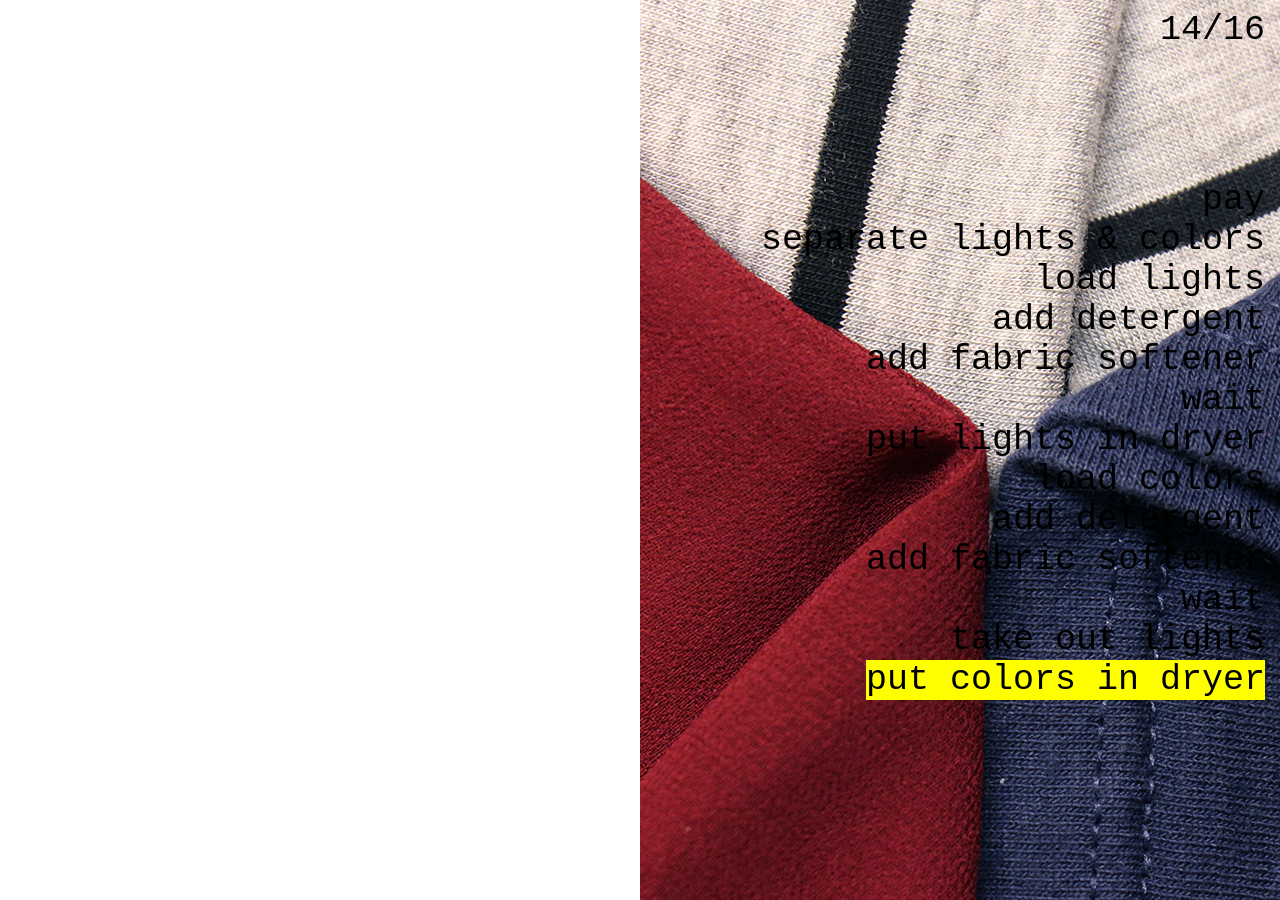
Repository: ortik455/ortik455.github.io
Page: studio/laundrysite/fourteen.html
The author's editor kept a record of every edit. The page is drawn from the files as they stood at one moment, then again after the next edit.
The browser window is 1280 px wide. The pictures show the whole page.

Above is the page before.

After the next edit:
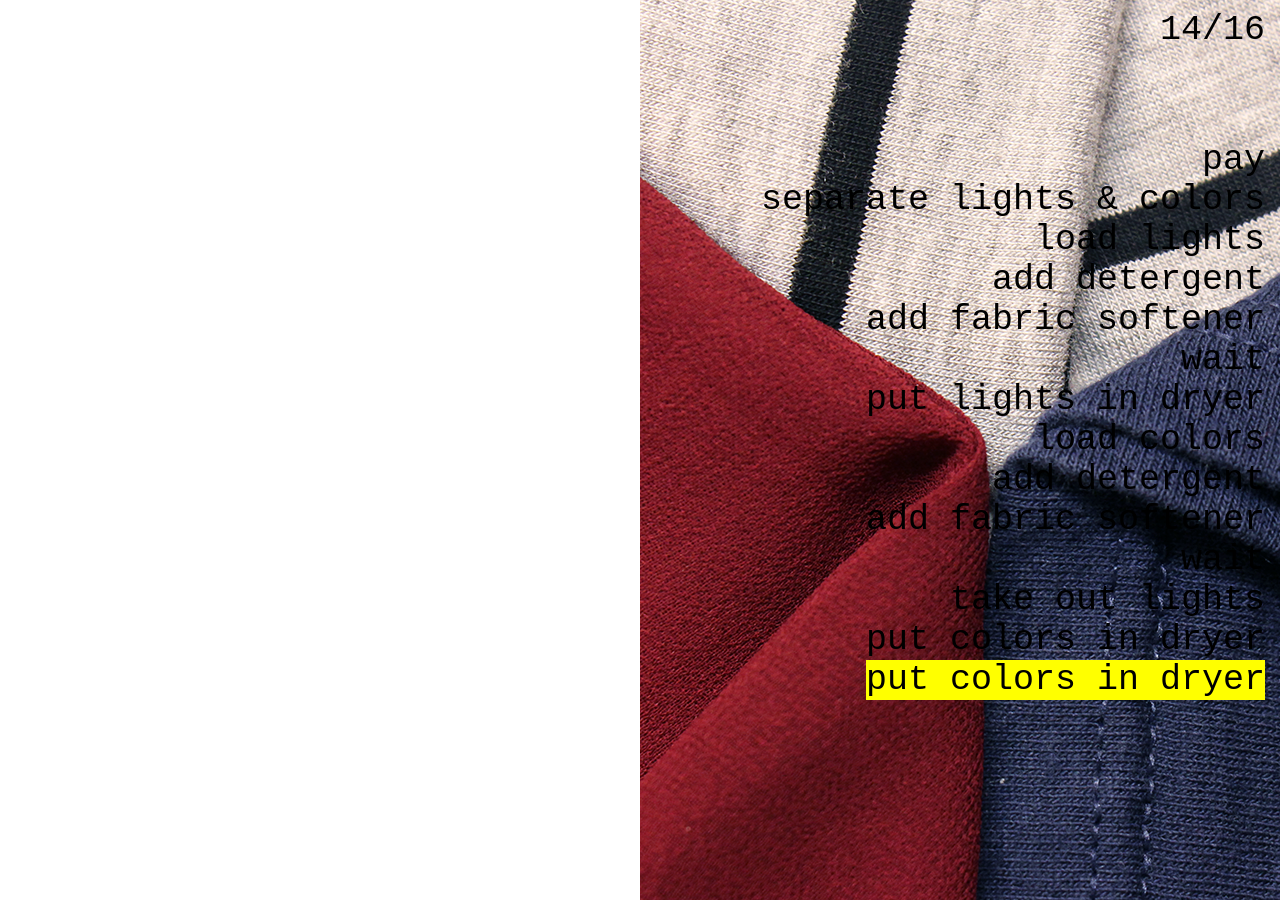
The edit:
--- a/studio/laundrysite/fourteen.html
+++ b/studio/laundrysite/fourteen.html
@@ -39,6 +39,8 @@
 		  	<br>
 		  	take out lights
 		  	<br>
+		  	put colors in dryer
+		  	<br>
 		  	<mark>put colors in dryer</mark>
 		</div>
 	  </div>
